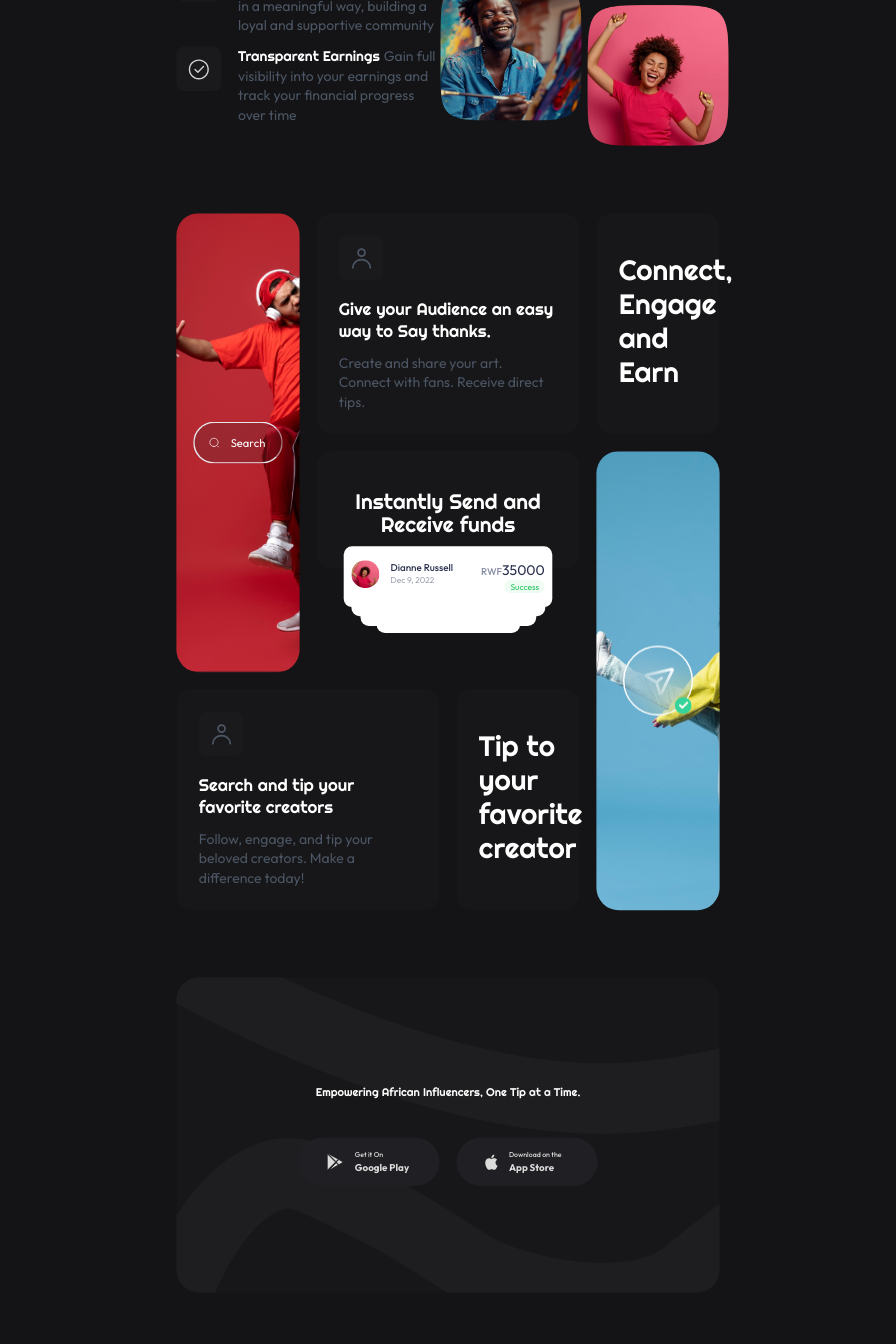
Repository: felixdusengimana/capstone-project-mirror
Page: / (app in frontend/)
These files come from the project's save history. The page is drawn as it stood at one moment and after the next save; the edit follows.
The browser window is 1280 px wide. The pictures show the part of the page from y = 2715 to 4635 px (the page is 4635 px tall), at 70% of full size.
The project was rebuilt for these pictures with package versions that can differ from the ones it lists, and the page was loaded fresh each time. The framework's server and built-in components were replaced by stand-ins that run in the browser. Also part of the build but not shown: frontend/next.config.mjs.

Above is the page before, as saved 2024-03-11 17:36:55.

After the next save:
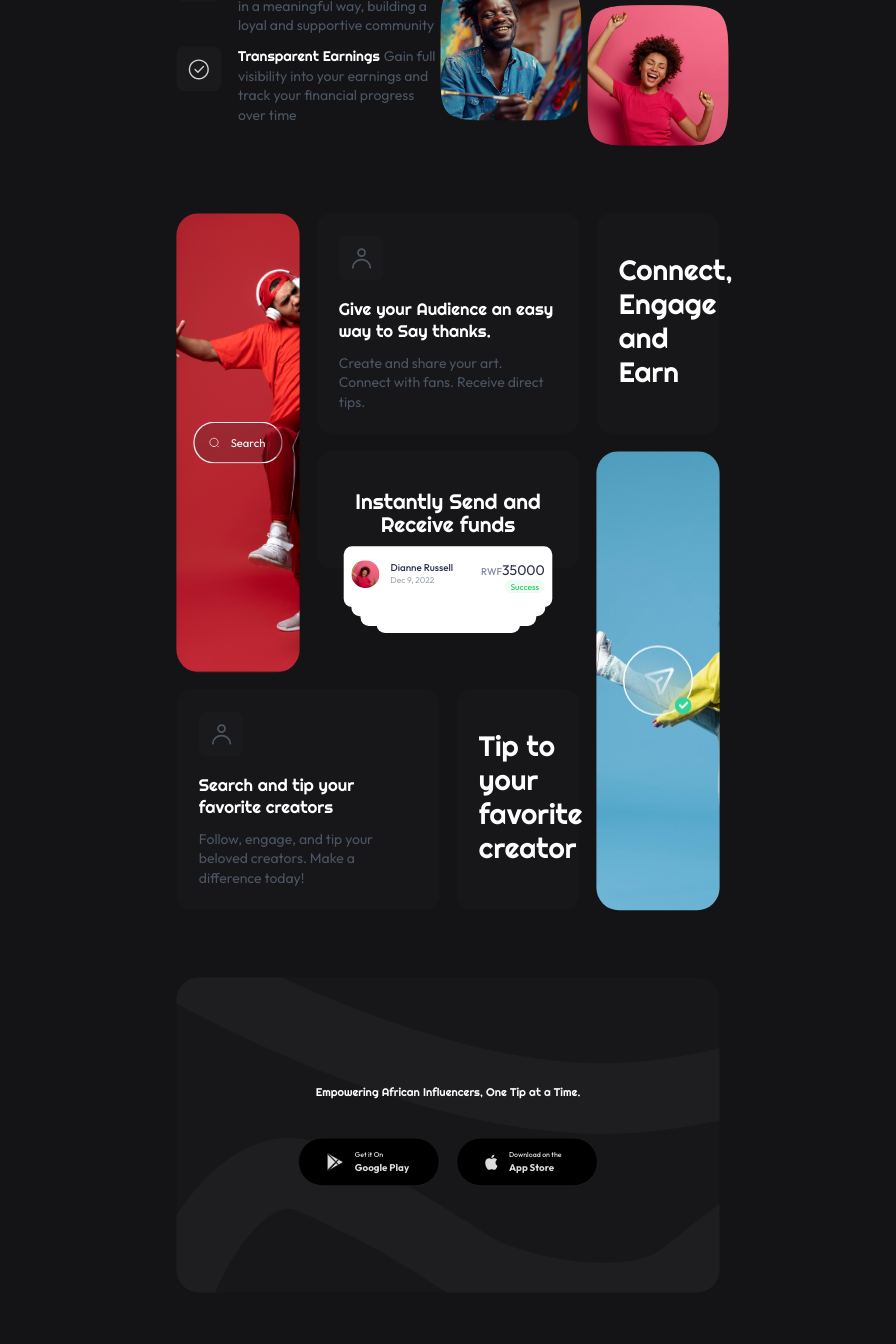
Saved 11 s later.
--- a/frontend/app/page.tsx
+++ b/frontend/app/page.tsx
@@ -274,8 +274,8 @@ export default function page() {
             Empowering African Influencers, One Tip at a Time.
           </Headline>
           <div className="flex gap-6">
-            <DownloadApp os="android" />
-            <DownloadApp os="ios" />
+            <DownloadApp os="android" className="bg-black" />
+            <DownloadApp os="ios" className="bg-black" />
           </div>
         </div>
       </section>
